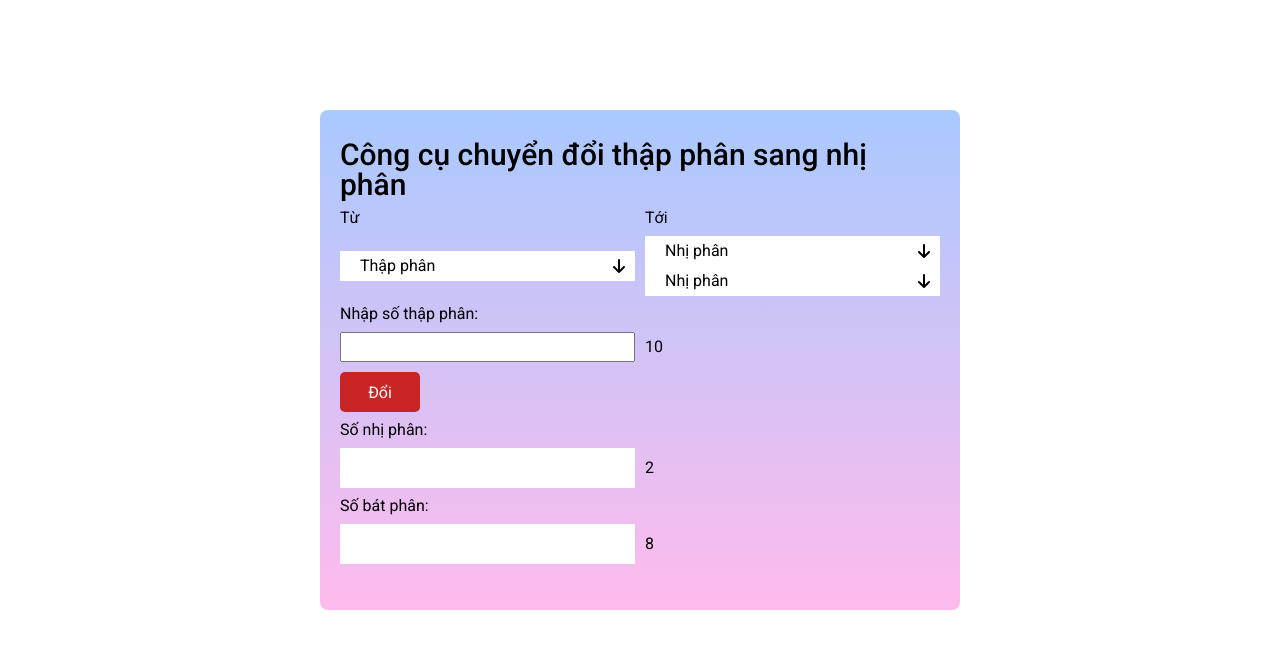
Repository: thuanpham00/covertNumber
Page: index.html
An editor plug-in stored every save of this project. The page is shown before and after the next save, followed by the edit.
The browser window is 1280 px wide. The pictures show the whole page.
Some web libraries are served in a nearby version. The style sheet was rebuilt from its Sass, Less or Tailwind sources for each picture, by a compiler version that may differ from the author's.

Above is the page before, as saved 2023-11-05 16:35:47.

After the next save:
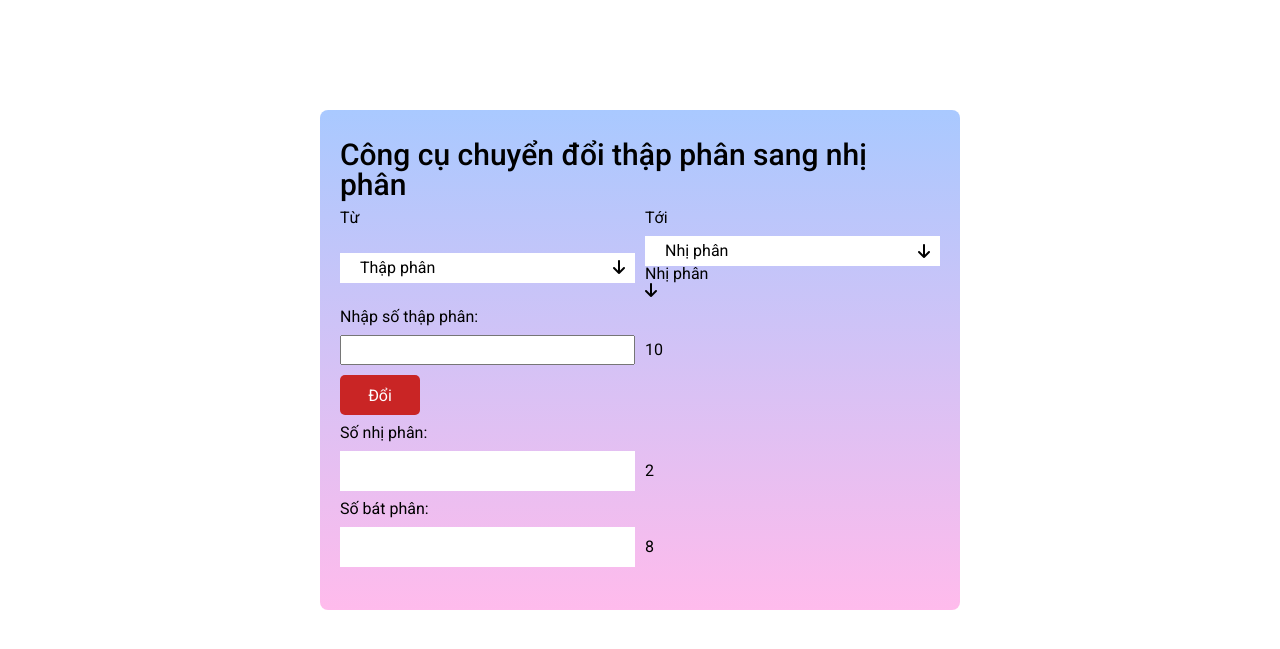
Saved 22 s later.
--- a/index.html
+++ b/index.html
@@ -34,7 +34,7 @@
                             <i class="fa-solid fa-arrow-down"></i>
                         </div>
                     </div>
-                    <div class="row__type">
+                    <div class="row__box">
                         <div class="row__item">Nhị phân</div>
                         <div class="row__icon">
                             <i class="fa-solid fa-arrow-down"></i>

After the save that followed:
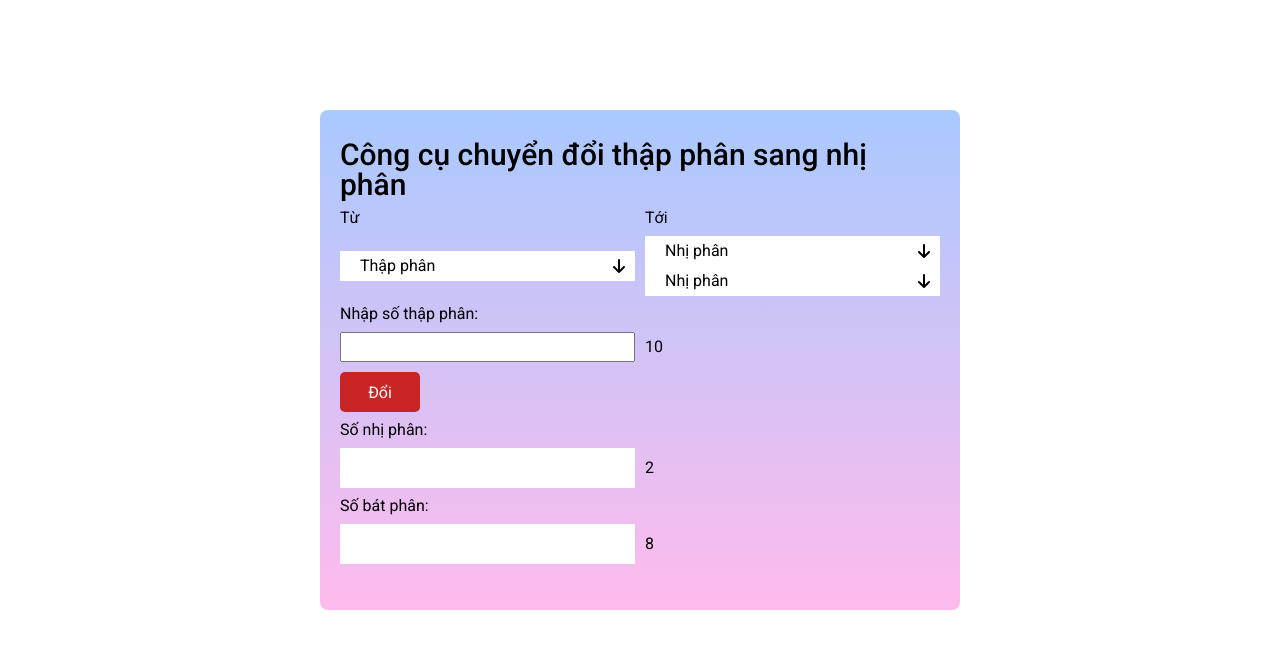
Saved 5 s later.
--- a/index.html
+++ b/index.html
@@ -34,7 +34,7 @@
                             <i class="fa-solid fa-arrow-down"></i>
                         </div>
                     </div>
-                    <div class="row__box">
+                    <div class="row__type">
                         <div class="row__item">Nhị phân</div>
                         <div class="row__icon">
                             <i class="fa-solid fa-arrow-down"></i>
